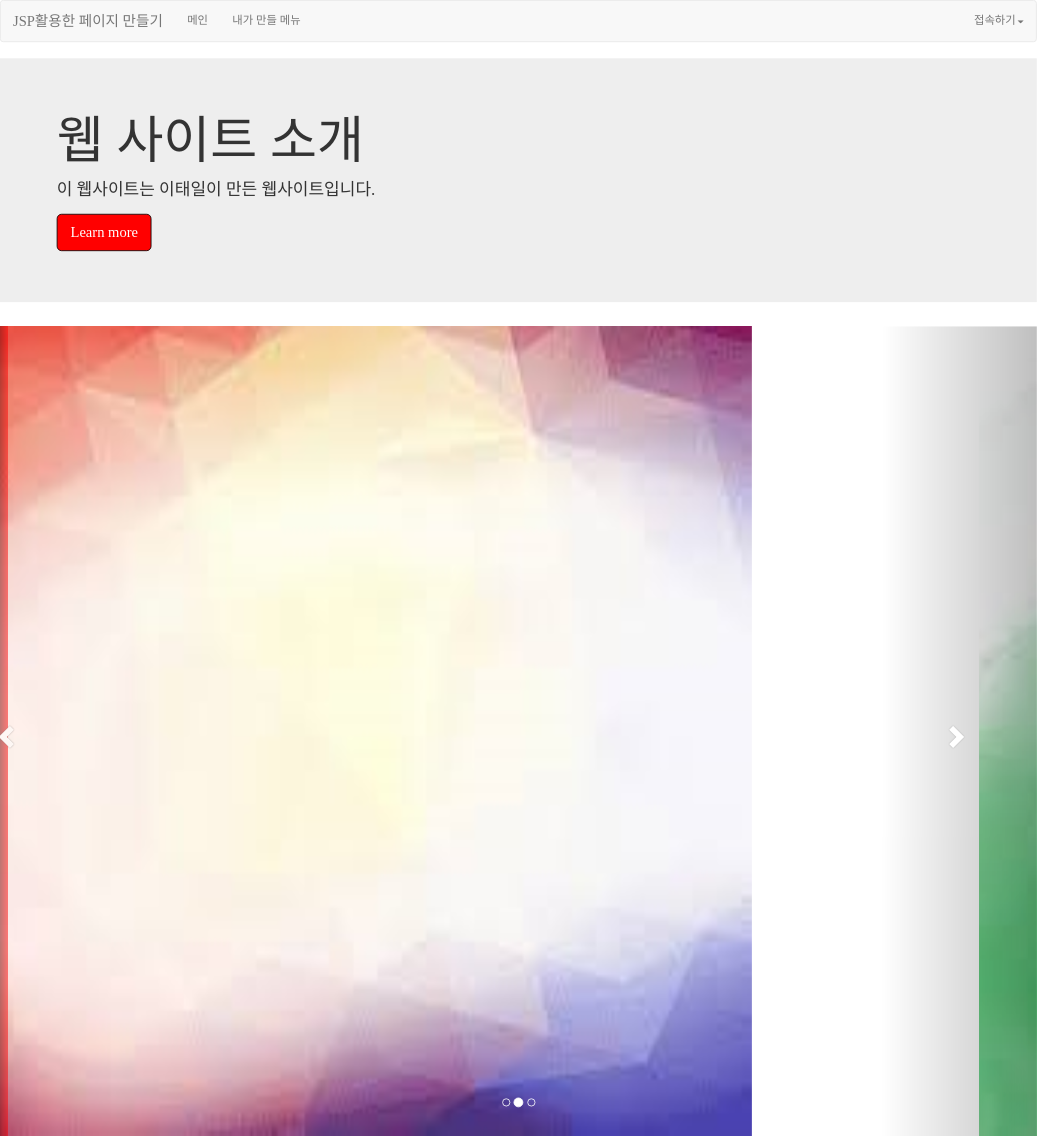
Repository: taeillee1/Newstudy
Page: http://localhost/SpringMVCJava/WEB-INF/views/mainpage.jsp
The author's editor kept a copy of each file at every save. The page is drawn from the files as they stood at one save, then again after the next save.
The browser window is 1280 px wide. The pictures show the whole page, at 81% of full size.
Some web fonts or font styles are not loaded; a fallback is used. Some web libraries are served in a nearby version. The page is served by Tomcat 9. Nobody is signed in. The template is opened directly, without the code that normally fills it, so the values that code supplies are empty.

Above is the page before, as saved 2022-01-08 10:54:55.

After the next save:
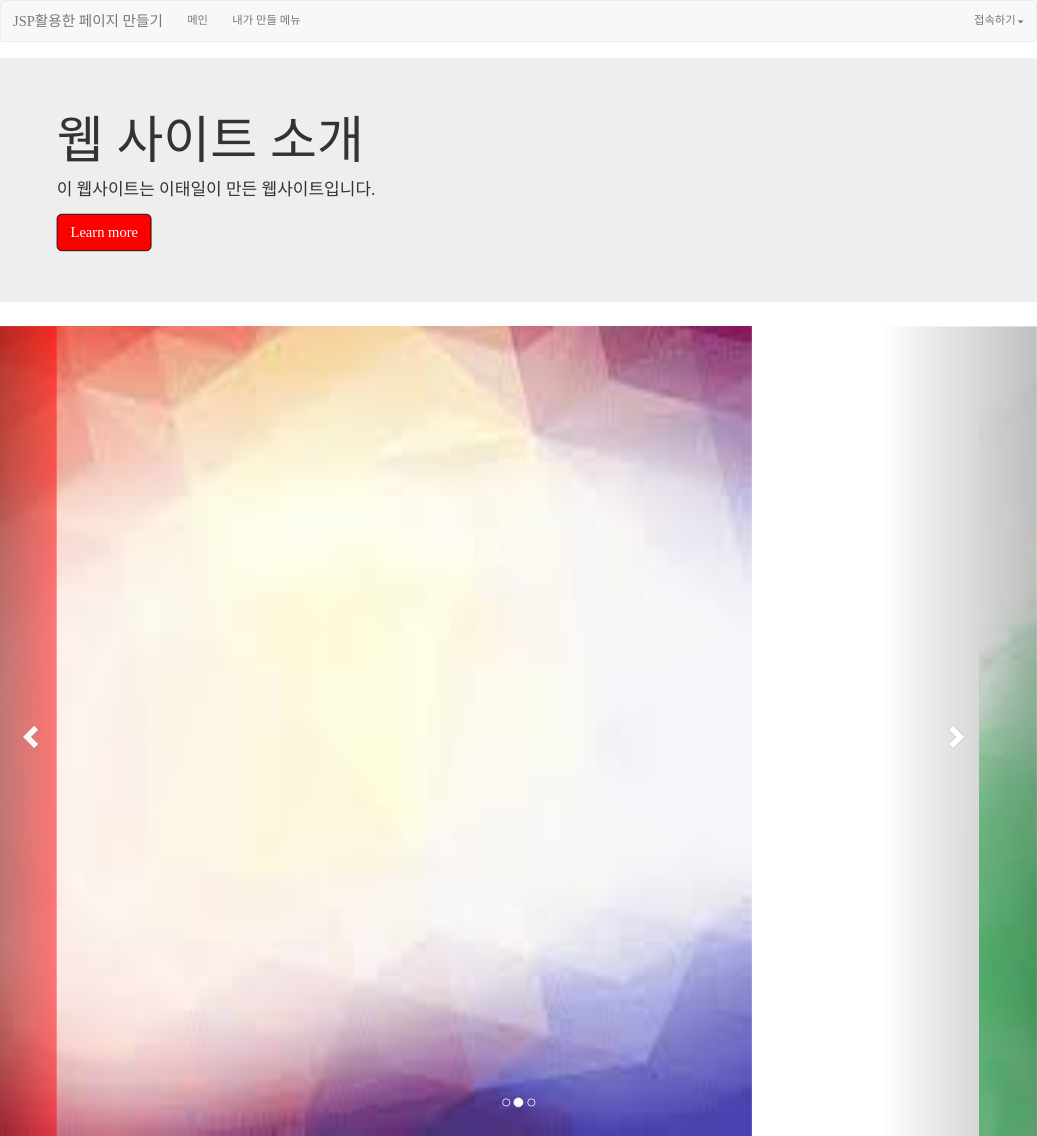
Saved 10 s later.
--- a/Newpage/SpringMVCJava/src/main/webapp/WEB-INF/views/mainpage.jsp
+++ b/Newpage/SpringMVCJava/src/main/webapp/WEB-INF/views/mainpage.jsp
@@ -98,7 +98,7 @@
 					<img src="image/imimim.png">
 				</div>
 			</div>
-			<a class="left carousel-control" href="#myCarousel" data-slide="prev" style="background-color:red; width:10px;">
+			<a class="left carousel-control" href="#myCarousel" data-slide="prev" style="background-color:red; width:70px;">
 				<span class="glyphicon glyphicon-chevron-left"></span>
 			</a>
 			<a class="right carousel-control" href="#myCarousel" data-slide="next">
